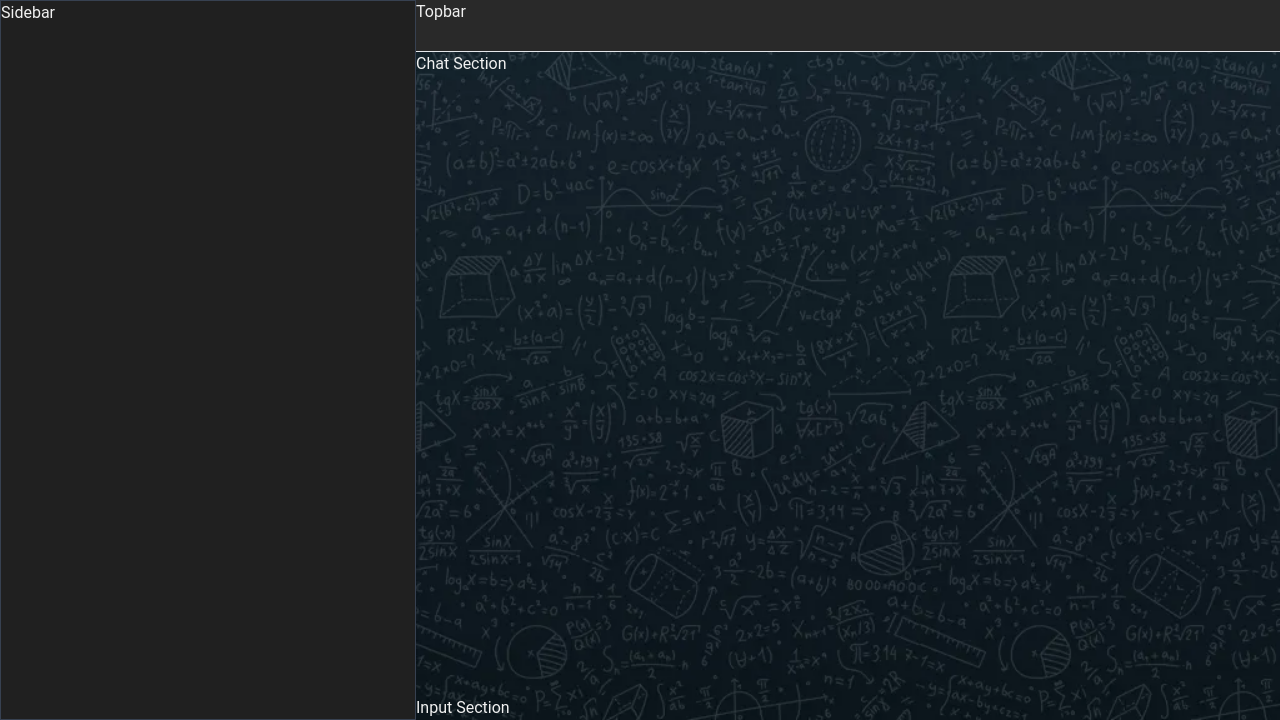
Repository: Qu4ntumGuy/telegram-clone
Page: /
The author's editor kept a copy of each file at every save. The page is drawn from the files as they stood at one save, then again after the next save.
The browser window is 1280 px wide. The pictures show the whole page.
The project was rebuilt for these pictures with package versions that can differ from the ones it lists, and the page was loaded fresh each time. Also part of the build but not shown: src/Utils/ContextProvider.js.

Above is the page before, as saved 2024-07-15 11:40:58.

After the next save:
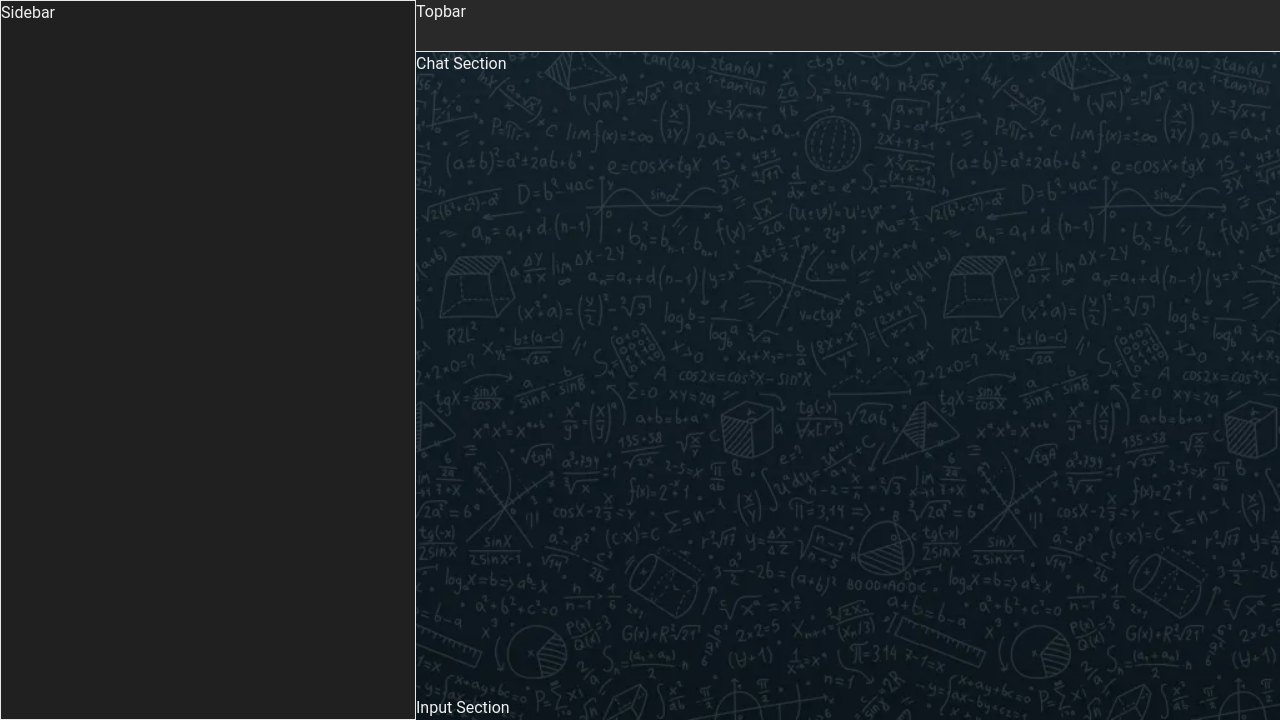
Saved 11 s later.
--- a/src/Components/Sidebar.js
+++ b/src/Components/Sidebar.js
@@ -4,9 +4,7 @@ import { useComponentContext } from "../Utils/ContextProvider";
 function Sidebar() {
   const context = useComponentContext();
   return (
-    <div className="min-w-[26rem] border border-gray-700 bg-[#202020] h-screen">
-      Sidebar
-    </div>
+    <div className="min-w-[26rem] border bg-[#202020] h-screen">Sidebar</div>
   );
 }
 
